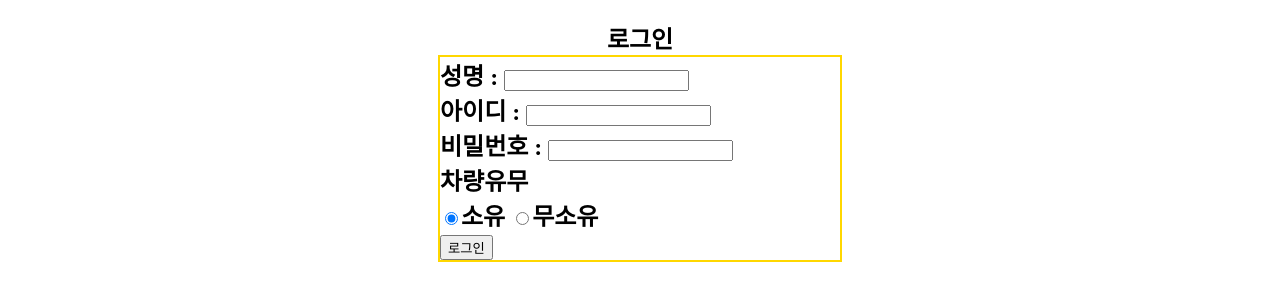
Repository: JaySurplusYoon/JSP_Servlet
Page: jsp01/WebContent/Human_info.html
An editor plug-in stored every save of this project. The page is shown before and after the next save, followed by the edit.
The browser window is 1280 px wide. The pictures show the whole page.

Above is the page before, as saved 2017-08-10 14:57:36.

After the next save:
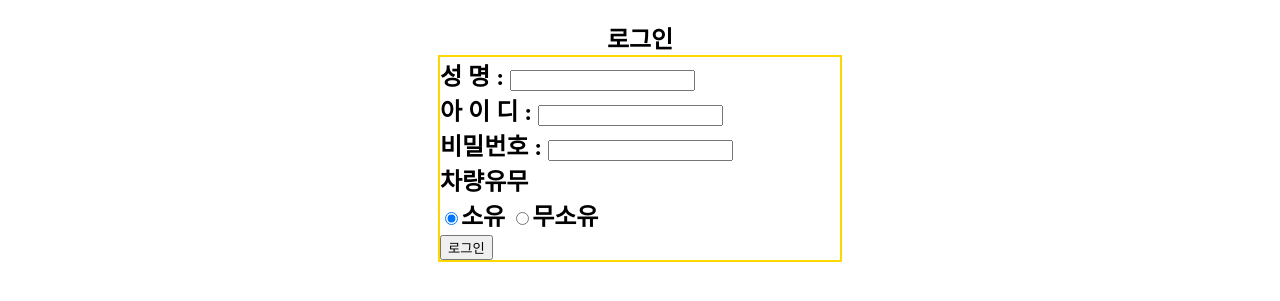
Saved 39 s later.
--- a/jsp01/WebContent/Human_info.html
+++ b/jsp01/WebContent/Human_info.html
@@ -20,9 +20,9 @@
 	<section id  = "loginFormArea">
 
 		<form action="HI" method="get">
-		<label id = "name">성명 :</label>
+		<label id = "name">성    명 :</label>
 			<input type ="text" id="name" id="name"><br>
-		<label id = "id">아이디 :</label>
+		<label id = "id">아 이 디 :</label>
 			<input type= "text" name= "id" id="id"> <br>
 		<label id = "password">비밀번호 :</label>
 			<input type = "password" name="pw" id="pw"><br>
